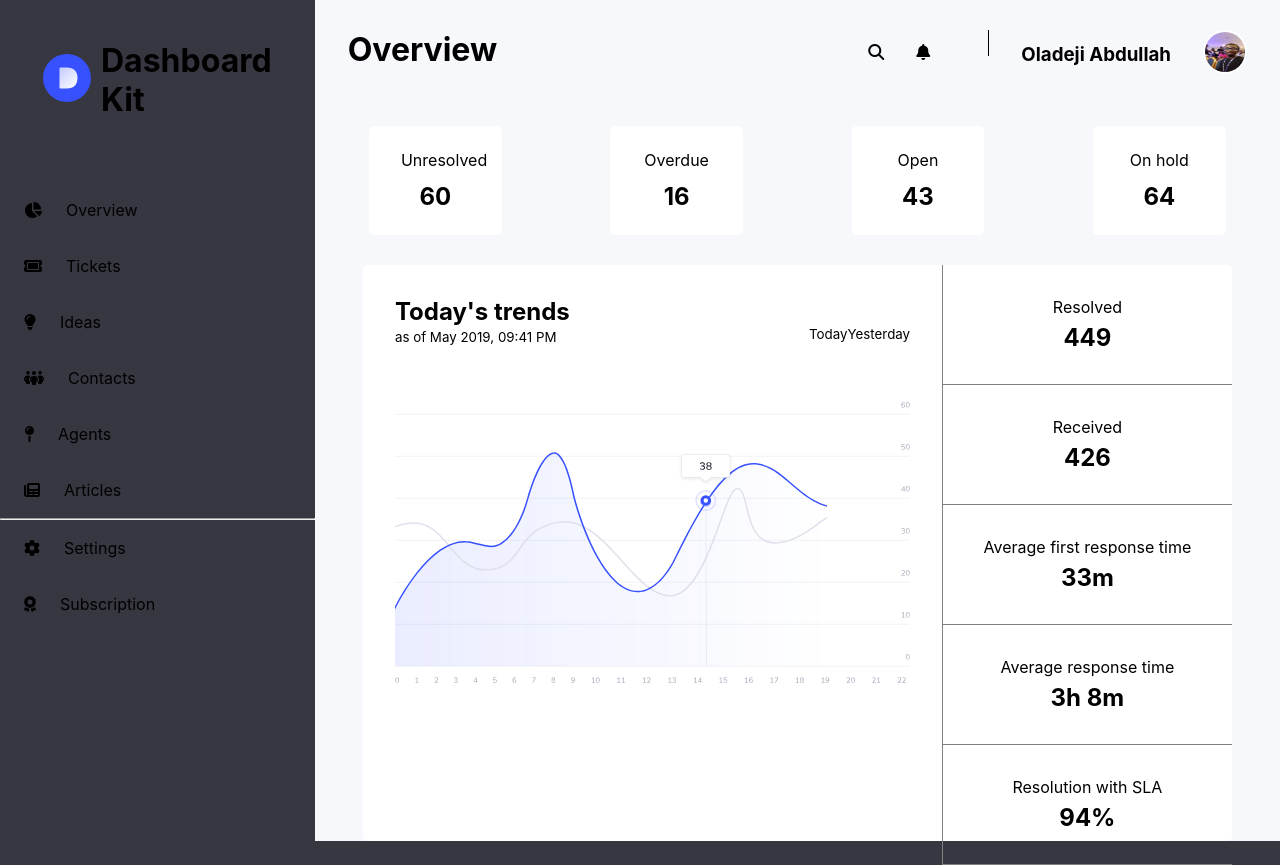
Repository: BuduCE/dashboard
Page: /
These files come from the project's save history. The page is drawn as it stood at one moment and after a run of saves; the edit follows.
The browser window is 1280 px wide. The pictures show the whole page.
Some web libraries are served in a nearby version. The project was rebuilt for these pictures with package versions that can differ from the ones it lists, and the page was loaded fresh each time.

Above is the page before, as saved 2022-08-03 23:39:50.

After the next 3 saves:
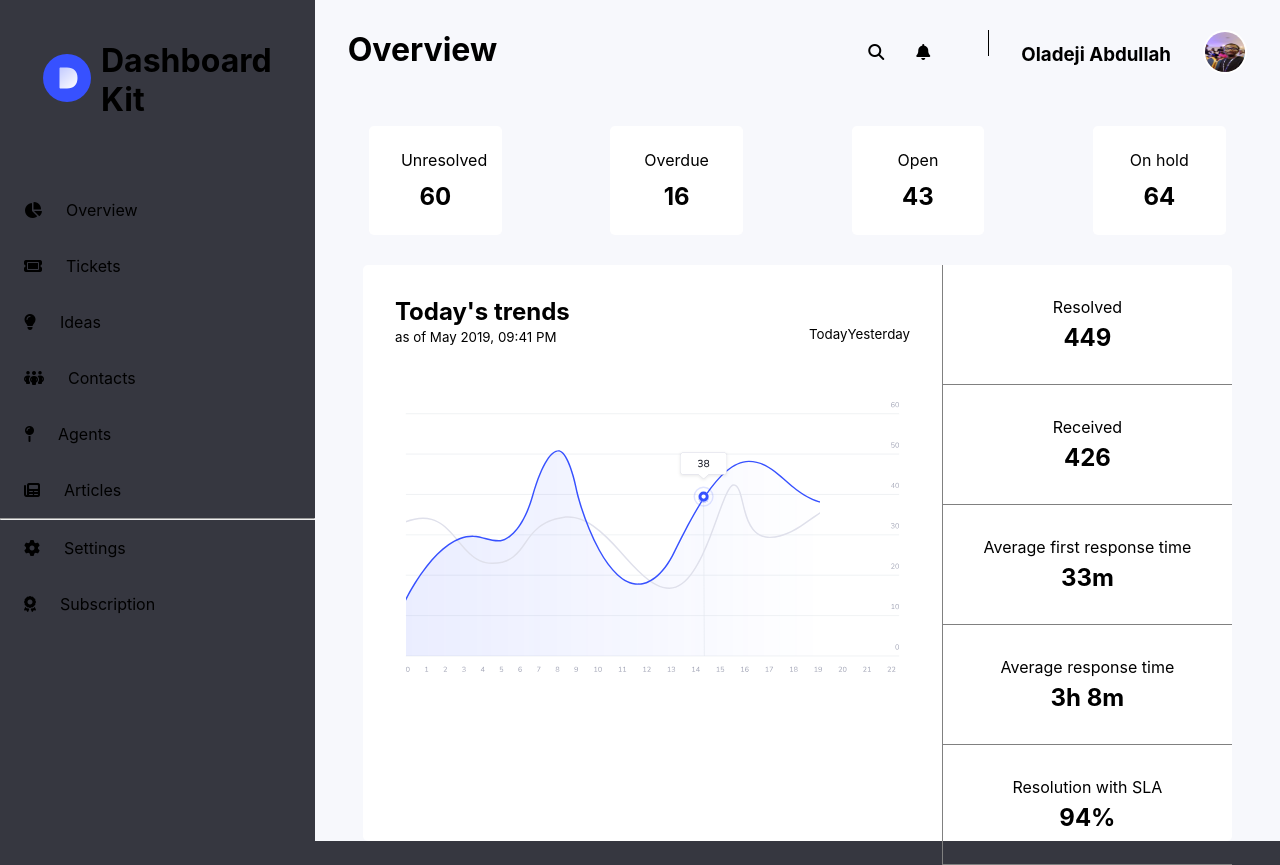
The 3 saves are shown as one change because they came seconds apart.
The last was saved 49 s later.
--- a/src/pages/Overview/styles.css
+++ b/src/pages/Overview/styles.css
@@ -49,6 +49,7 @@
 .trends_headB img{
     width: 100%;
     margin-top: 54px;
+    height: 38vh;
 }
 
 /* summary  */
